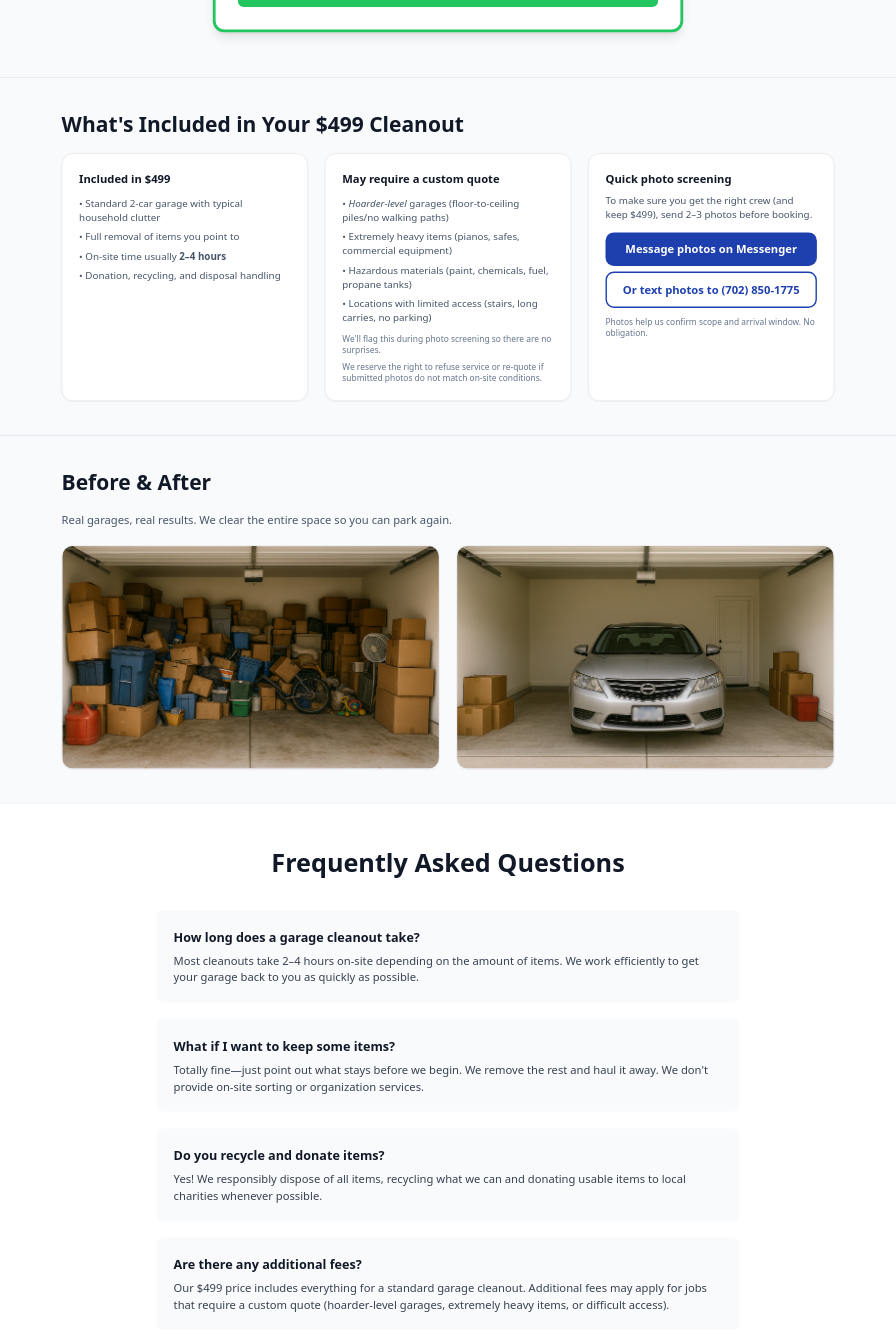
Repository: nikwhite1169/garagegone
Page: index.html
The author's editor kept a copy of each file at every save. The page is drawn from the files as they stood at one save, then again after the next save.
The browser window is 1280 px wide. The pictures show the part of the page from y = 1670 to 3590 px (the page is 5316 px tall before and 5252 px after), at 70% of full size.
Some web libraries are served in a nearby version.

Above is the page before, as saved 2025-09-16 00:22:35.

After the next save:
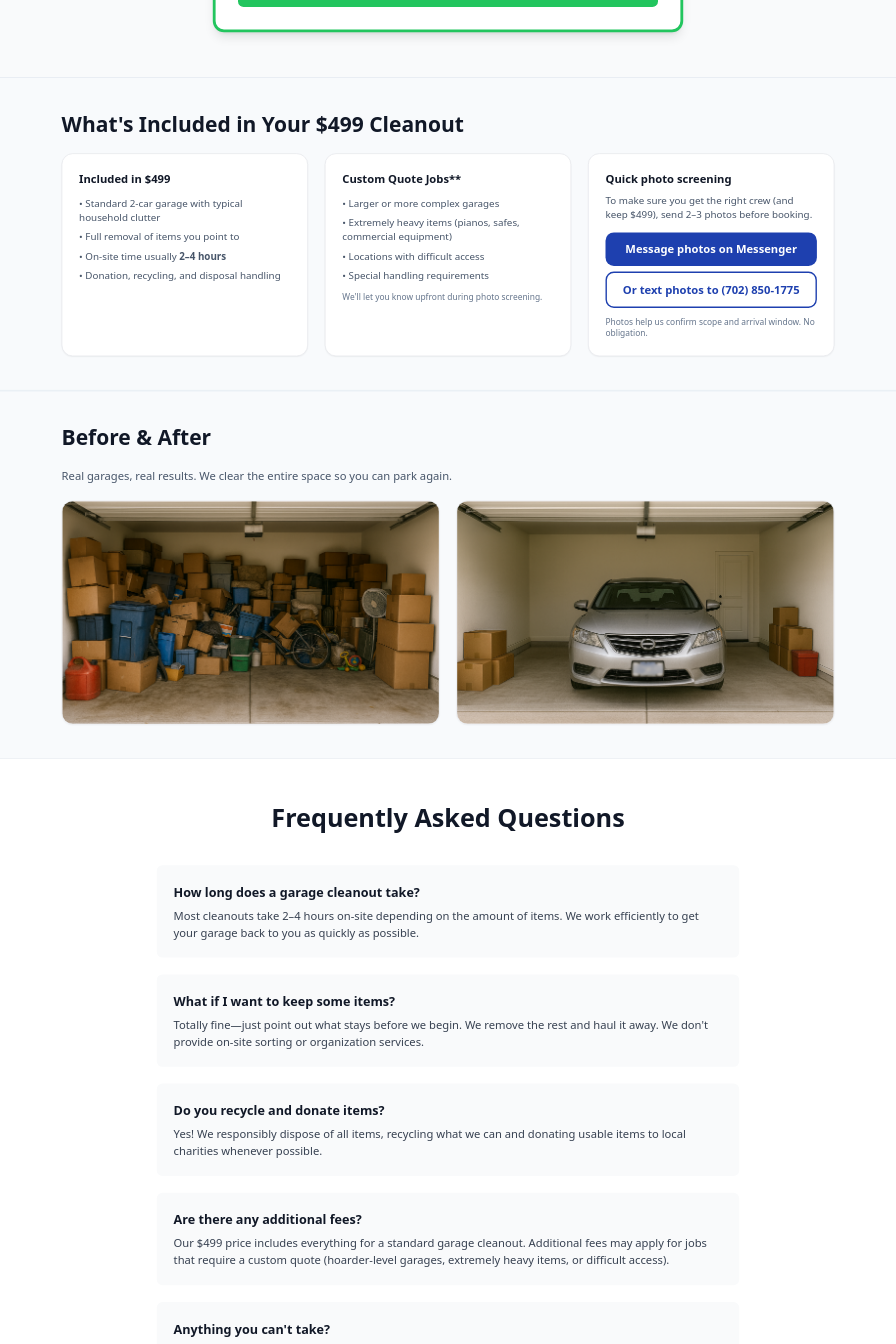
Saved 10 s later.
--- a/index.html
+++ b/index.html
@@ -257,17 +257,14 @@
             </ul>
           </div>
           <div class="rounded-2xl bg-white border p-6 shadow-sm">
-            <h3 class="font-semibold">May require a custom quote</h3>
+            <h3 class="font-semibold">Custom Quote Jobs**</h3>
             <ul class="mt-3 text-slate-600 space-y-2 text-sm">
-              <li>• <em>Hoarder-level</em> garages (floor-to-ceiling piles/no walking paths)</li>
+              <li>• Larger or more complex garages</li>
               <li>• Extremely heavy items (pianos, safes, commercial equipment)</li>
-              <li>• Hazardous materials (paint, chemicals, fuel, propane tanks)</li>
-              <li>• Locations with limited access (stairs, long carries, no parking)</li>
+              <li>• Locations with difficult access</li>
+              <li>• Special handling requirements</li>
             </ul>
-            <p class="mt-3 text-xs text-slate-500">We'll flag this during photo screening so there are no surprises.</p>
-            <p class="mt-2 text-xs text-slate-500">
-              We reserve the right to refuse service or re-quote if submitted photos do not match on-site conditions.
-            </p>
+            <p class="mt-3 text-xs text-slate-500">We'll let you know upfront during photo screening.</p>
           </div>
           <div class="rounded-2xl bg-white border p-6 shadow-sm">
             <h3 class="font-semibold">Quick photo screening</h3>
